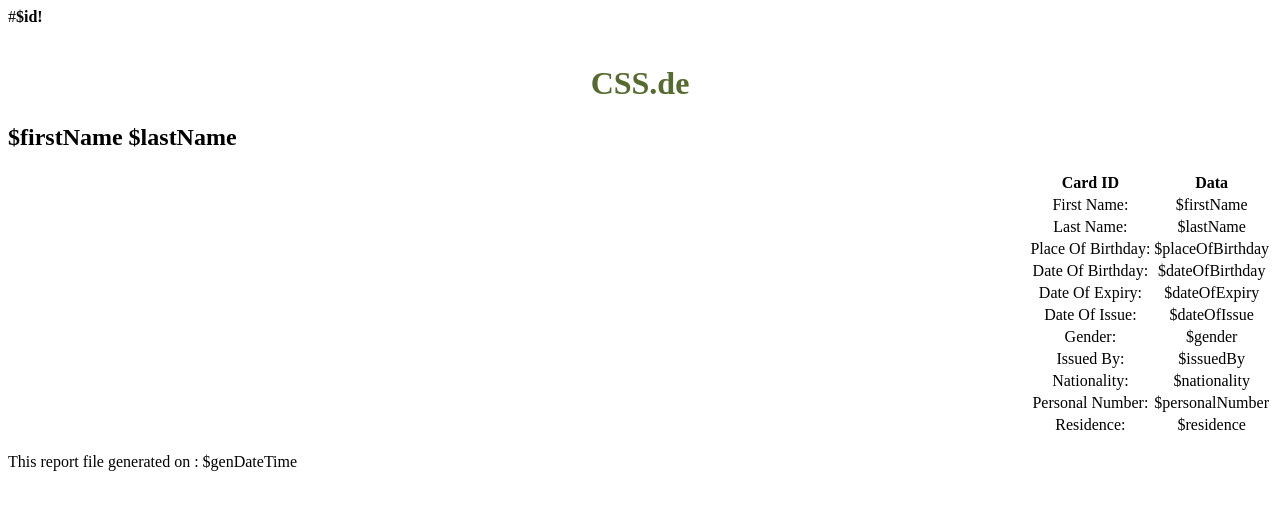
Repository: Len2/Topic4
Page: src/main/resources/templates/PDF_template.html
These files come from the project's save history. The page is drawn as it stood at one moment and after the next save; the edit follows.
The browser window is 1280 px wide. The pictures show the whole page.

Above is the page before, as saved 2020-09-07 11:25:17.

After the next save:
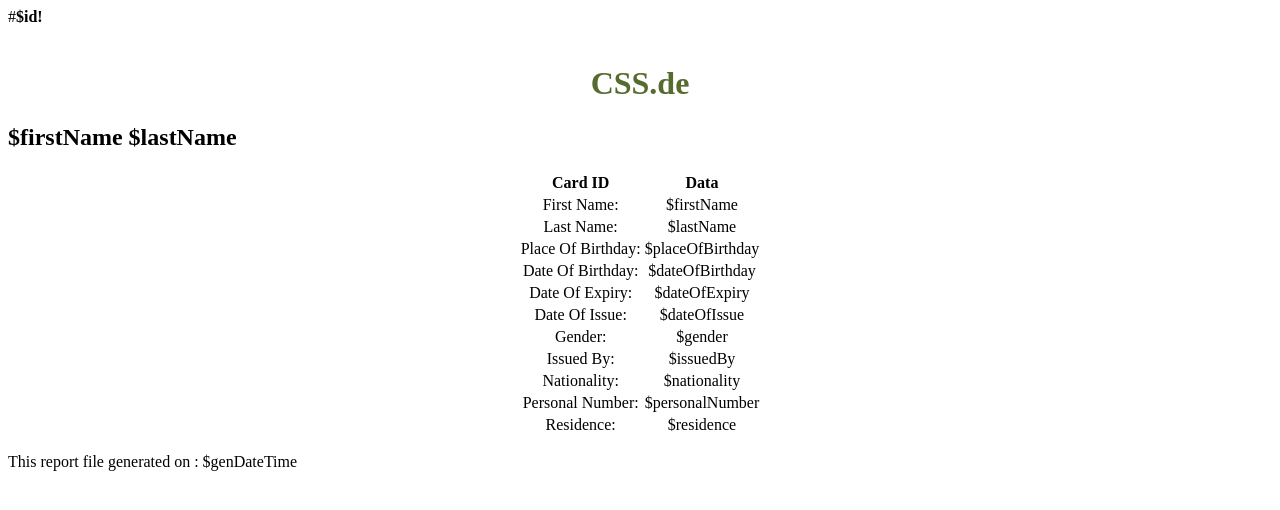
Saved 6 s later.
--- a/src/main/resources/templates/PDF_template.html
+++ b/src/main/resources/templates/PDF_template.html
@@ -11,7 +11,7 @@
 
 <h2>$firstName $lastName</h2>
 <div style="text-align: center;">
-    <table style="margin-left: auto; ma">
+    <table style="margin-left: auto; margin-right: auto;">
         <tr>
           <th>Card ID</th>
           <th>Data</th>
